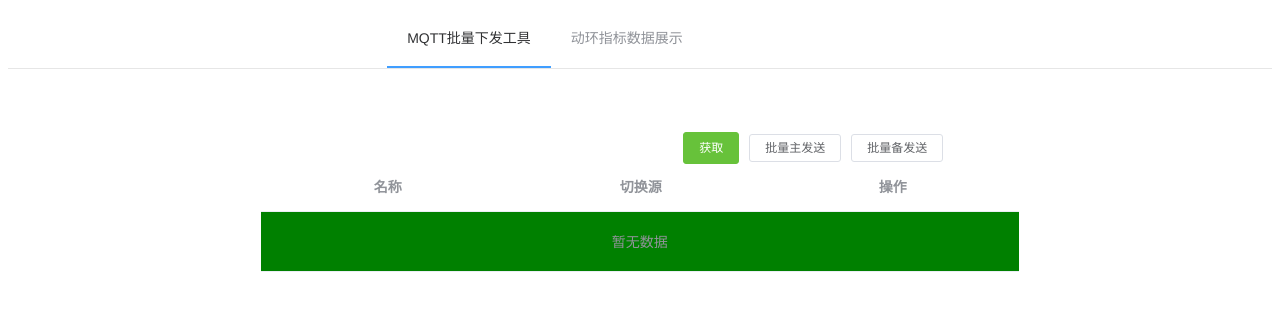
Repository: faintout/BHMQTTSendTool
Page: /
The author's editor kept a copy of each file at every save. The page is drawn from the files as they stood at one save, then again after the next save.
The browser window is 1280 px wide. The pictures show the whole page.
The project was rebuilt for these pictures with package versions that can differ from the ones it lists, and the page was loaded fresh each time. Also part of the build but not shown: vue.config.js, src/views/MovingInfoShow.vue.

Above is the page before, as saved 2020-09-03 14:07:43.

### public/index.html
<!DOCTYPE html>
<html lang="en">
  <head>
    <meta charset="utf-8">
    <meta http-equiv="X-UA-Compatible" content="IE=edge">
    <meta name="viewport" content="width=device-width,initial-scale=1.0">
    <link rel="stylesheet" href="">
    <title></title>
  </head>
  <body>
    <div id="app">

    </div>
    <!-- built files will be auto injected -->
  </body>
</html>

### src/main.js
import Vue from 'vue'
import App from './App.vue'
import router from './router'
import $ from 'jquery'
import ElementUi from 'element-ui'
import 'element-ui/lib/theme-chalk/index.css'
import 'element-ui/lib/theme-chalk/reset.css'

Vue.config.productionTip = false
Vue.use(ElementUi)
new Vue({
  router,
  render: h => h(App)
}).$mount('#app')

### src/router/index.js
import Vue from 'vue'
import VueRouter from 'vue-router'
import MqttSendTool from '../views/MqttSendTool.vue'
import MovingInfoShow from '../views/MovingInfoShow.vue'
import layout from '../views/layout.vue'

Vue.use(VueRouter)

  const routes = [
  {
    path: '/MqttSendTool',
    name: 'MqttSendTool',
    component: MqttSendTool
  },
  {
    path: '/',
    name: 'layout',
    component: layout
  },
  {
    path: '/',
    name: 'MovingInfoShow',
    component: MovingInfoShow
  },
]

const router = new VueRouter({
  routes
})

export default router

### src/views/MqttSendTool.vue
<template>
    <div class="content">
        <title></title>
        <!-- 按钮模块 -->
        <div  class="content_title">
            <!-- <el-input style="display:inline-block;width:20%;right: 5%;" size="small" v-model="localIP"></el-input> -->
            <el-button type="success" size="small" @click="getAllMqttData">获取</el-button>
            <el-button size="mini" @click="batch(0)">批量主发送</el-button>
            <el-button size="mini" @click="batch(1)">批量备发送</el-button>
            <!-- <el-button type="success" size="small" @click="sendData()">发送</el-button> -->
        </div>
        <el-table v-loading="tableLoading" :data="tableData" class="el_table">
            >
            <el-table-column prop="name" label="名称" align='center'>
            </el-table-column>
            <el-table-column label="切换源" align='center'>
                <template slot-scope="scope">
                    <el-radio-group v-model="scope.row.switchStatus">
                        <el-radio :label="0" @click="scope.row.switchStatus = 0">主</el-radio>
                        <el-radio :label="1" @click="scope.row.switchStatus = 1">备</el-radio>
                    </el-radio-group>
                </template>
            </el-table-column>
            <el-table-column label="操作" align='center'>
                <template slot-scope="scope">
                    <el-button type="success" size="small" @click="changeData(scope.row)">编辑</el-button>
                    <el-button type="success" size="small" @click="sendData(scope.row)">发送</el-button>
                </template>
            </el-table-column>
        </el-table>
        <!-- 弹框 -->
        <el-dialog title="编辑" :visible.sync="dialogVisible" width="30%"  :close-on-click-modal = false>
            <el-input type="textarea" :rows="25" class="el_input" v-model="editTable"></el-input>
            <span slot="footer" class="dialog-footer">
                <el-button @click="dialogVisible = false">取 消</el-button>
                <el-button type="primary" @click="saveEdit">确 定</el-button>
            </span>
        </el-dialog>

    </div>
</template>

<script>
    //设置本地储存方法
    window.local = (key, value) => {
        return value ? localStorage.setItem(key, value) : localStorage.getItem(key)
    }
    export default {
        components: {},
        data() {
            return {
                dialogVisible: false,
                //本地IP
                localIP: '',
                //表格框加载
                tableLoading: false,
                tableData: [],
                editTable: '',
                editId: '',
                editswitchStatus: ''

            }
        },
        watch: {
            localIP(n, o) {
                local('localIP', n)
            }
        },
        computed: {

        },
        methods: {
            saveEdit() {
                this.dialogVisible = false
                let indicatorValue = this.editTable
                //保存
                console.log("修改名称", this.editList);
                let deviceId = this.editId
                let switchStatus = this.editswitchStatus
                let parmas = { indicatorValue, deviceId, switchStatus }
                $.ajax({
                    type: 'POST',
                    url: 'http://' + this.localIP + '/testData/setIndicatorValue',
                    data: parmas,
                    success: (data) => {
                        data.success && this.$message.success("修改数据成功！")
                    },
                    error: () => {
                        this.$message.error("数据获取失败，请检查IP地址！")
                    }
                })
            },
            changeData(value) {
                console.log(value);
                this.dialogVisible = true
                if (!value.switchStatus) {
                    //等于一
                    this.editTable = this.getFormatData(JSON.stringify(value.masterData))
                } else {
                    this.editTable = this.getFormatData(JSON.stringify(value.slaveData))
                }
                this.editId = value.id
                this.editswitchStatus = value.switchStatus
            },
            changeItem(item) {
                console.log('item', item);
            },
            changItemRadio(item) {
                console.log('itemzhixng ');
            },
            //获取所有数据
            getAllMqttData() {
                $.ajax({
                    type: 'POST',
                    url: 'http://' + this.localIP + '/testData/getDeviceListData',
                    success: (data) => {
                        if (data.data == []) {
                            this.$message.errot("获取数据为空！请确认数据是否存在")
                            return
                        }
                        this.tableData = data.data
                        data.success && this.$message.success("数据获取成功！")
                    },
                    error: () => {
                        this.$message.error("数据获取失败，请检查IP地址！")
                    }
                })
            },
            //数据处理
            dataProcessing() {

            },
            //批量设置
            /**
             * @type 0 主 1 备
             * @Date 2020-08-26 14:13:24
             */
            batch(type) {
                this.tableData.forEach(item => {
                    item.switchStatus = type ? 1 : 0
                })
                this.sendData()
            },
            //发送数据
            sendData(value) {
                this.tableLoading = true
                let data = value ? value : this.tableData
                console.log(data);
                let params = {
                    deviceIds: ''
                }
                if (data.length > 1) {
                    data.map(item => {
                        params.deviceIds += item.id + ','
                    })
                    params.deviceIds = params.deviceIds.substr(0, params.deviceIds.length - 1)
                    params.switchStatus = data[0].switchStatus
                } else {
                    params.deviceIds = data.id
                    params.switchStatus = data.switchStatus
                }
                console.log(params);
                // return
                $.ajax({
                    type: "POST",
                    url: 'http://' + this.localIP + '/testData/applySwitch',
                    data: params,
                    success: (data) => {
                        data.success && this.$message.success("数据发送成功！")
                        this.tableLoading = false
                    },
                    error: () => {

                    }
                })
                this.getAllMqttData()
            },
            //读取本地localIP
            getLocalIP() {
                this.localIP = local('localIP') != null ? local('localIP') : '172.17.35.23:24699'
                local('localIP') == null && local('localIP', '172.17.35.23:24699')
            },

            //方法
            repeat(s, count) {
                return new Array(count + 1).join(s)
            },
            formatJson(json) {
                var i = 0,
                    il = 0,
                    tab = "    ",
                    newJson = "",
                    indentLevel = 0,
                    inString = false,
                    currentChar = null;
                for (i = 0, il = json.length; i < il; i += 1) {
                    currentChar = json.charAt(i);
                    switch (currentChar) {
                        case '{':
                        case '[':
                            if (!inString) {
                                newJson += currentChar + "\n" + this.repeat(tab, indentLevel + 1);
                                indentLevel += 1
                            } else {
                                newJson += currentChar
                            }
                            break;
                        case '}':
                        case ']':
                            if (!inString) {
                                indentLevel -= 1;
                                newJson += "\n" + this.repeat(tab, indentLevel) + currentChar
                            } else {
                                newJson += currentChar
                            }
                            break;
                        case ',':
                            if (!inString) {
                                newJson += ",\n" + this.repeat(tab, indentLevel)
                            } else {
                                newJson += currentChar
                            }
                            break;
                        case ':':
                            if (!inString) {
                                newJson += ": "
                            } else {
                                newJson += currentChar
                            }
                            break;
                        case ' ':
                        case "\n":
                        case "\t":
                            if (inString) {
                                newJson += currentChar
                            }
                            break;
                        case '"':
                            if (i > 0 && json.charAt(i - 1) !== '\\') {
                                inString = !inString
                            }
                            newJson += currentChar;
                            break;
                        default:
                            newJson += currentChar;
                            break
                    }
                }
                return newJson
            },
            getFormatData(json) {
                var json = json + "";
                if (json.indexOf('{') == -1 && json.indexOf('[') == -1) {
                    return json;
                } else {
                    return (this.formatJson(json));
                }
            }

        },
        mounted() {
            console.log(local('localIP'), window);
            //读取本地IP
            this.getLocalIP()
            this.getAllMqttData()

        },
        created() {

        },
    }
</script>
<style lang="less" scoped>
    .content {
        width: 60%;
        // background-color: red;
        margin: 5% auto;
        margin-bottom: 0;
    }

    .el_table {
        width: 100%;
        position: relative;
        background-color: green;

    }
    .content_title{
        text-align: right;
        margin-right: 10%;
    }

    input {
        height: 20rem;
    }
</style>

### src/views/layout.vue
<template>
    <div>
        <el-menu :default-active="activeIndex" class="el-menu-demo" mode="horizontal" @select="handleSelect">
            <!-- <el-menu-item index="1">处理中心</el-menu-item> -->
            <el-menu-item index="1">MQTT批量下发工具</el-menu-item>
            <el-menu-item index="2">动环指标数据展示</el-menu-item>
        </el-menu>
        <mqtt-send-tool v-if='activeIndex==1'></mqtt-send-tool>
        <moving-info-show v-if='activeIndex==2'></moving-info-show>
    </div>
</template>

<script>
    import MovingInfoShow from './MovingInfoShow.vue'
    import MqttSendTool from './MqttSendTool.vue'
    export default {
        components: {
            MovingInfoShow,
            MqttSendTool
        },
        data() {
            return {
                activeIndex: '1',
            }
        },
        watch: {},
        computed: {},
        methods: {
            handleSelect(key, keyPath) {
                this.activeIndex = key
            }
        },
        mounted() {},
        created() {},
    }
</script>
<style lang="less" scoped>
    .el-menu-demo {
        padding-left: 30%;
    }
</style>

Loaded but not shown: src/App.vue (common file)

After the next save:
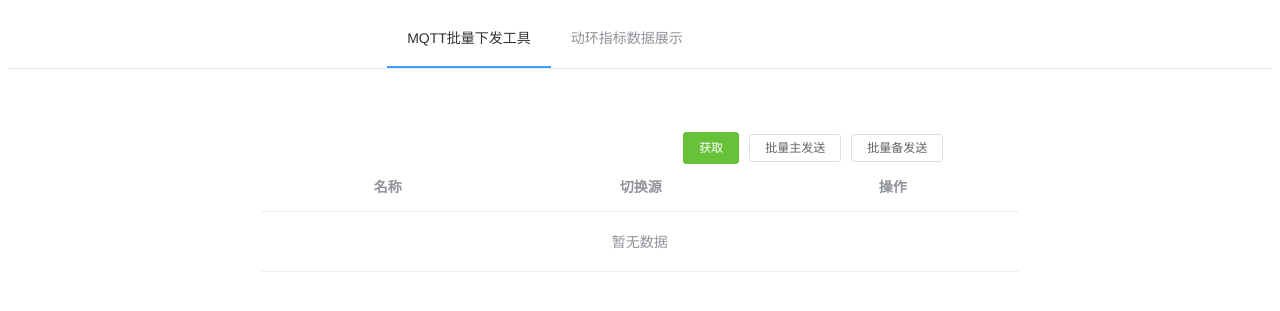
Saved 12 s later.
--- a/src/views/MqttSendTool.vue
+++ b/src/views/MqttSendTool.vue
@@ -273,7 +273,6 @@
 <style lang="less" scoped>
     .content {
         width: 60%;
-        // background-color: red;
         margin: 5% auto;
         margin-bottom: 0;
     }
@@ -281,7 +280,6 @@
     .el_table {
         width: 100%;
         position: relative;
-        background-color: green;
 
     }
     .content_title{
